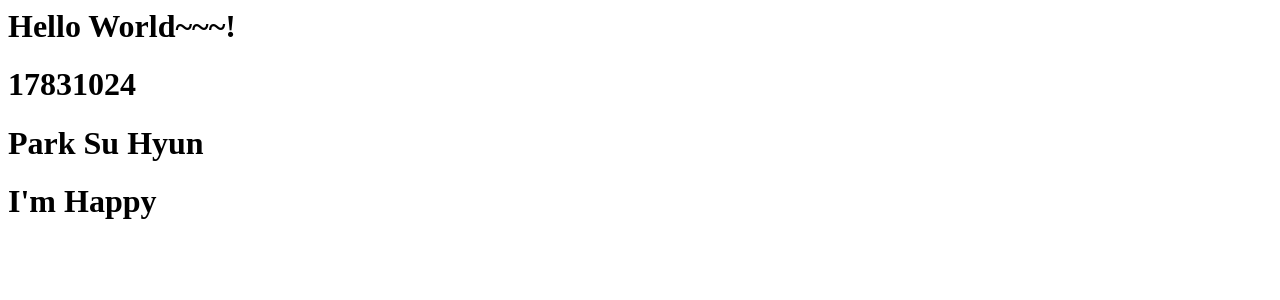
Repository: hyun5292/school
Page: http://localhost/PSH_1005/HelloWorld
The author's editor kept a copy of each file at every save. The page is drawn from the files as they stood at one save, then again after the next save.
The browser window is 1280 px wide. The pictures show the whole page.
The page is served by Tomcat 9. Other server files are loaded and not shown.

Above is the page before, as saved 2018-10-05 08:18:01.

### JSP2-2/PSH_1005/PSH_1005/src/com/jsp/ex/HelloWorld.java
package com.jsp.ex;

import java.io.IOException;
import java.io.PrintWriter;

import javax.servlet.ServletException;
import javax.servlet.annotation.WebServlet;
import javax.servlet.http.HttpServlet;
import javax.servlet.http.HttpServletRequest;
import javax.servlet.http.HttpServletResponse;

/**
 * Servlet implementation class HelloWorld
 */
@WebServlet("/HelloWorld")
public class HelloWorld extends HttpServlet {
	private static final long serialVersionUID = 1L;

    /**
     * @see HttpServlet#HttpServlet()
     */
    public HelloWorld() {
        super();
        // TODO Auto-generated constructor stub
    }

	/**
	 * @see HttpServlet#doGet(HttpServletRequest request, HttpServletResponse response)
	 */
	protected void doGet(HttpServletRequest request, HttpServletResponse response) throws ServletException, IOException {
		// TODO Auto-generated method stub
		//response.getWriter().append("Served at: ").append(request.getContextPath());
		System.out.println("doGet");
		System.out.println("17831024");
		System.out.println("박수현");

		response.setCharacterEncoding("EUC_KR");
		response.setContentType("text/html charset=euc-kr");
		PrintWriter writer = response.getWriter();

		writer.println("<html>");
		writer.println("<head>");
		writer.println("</head>");
		writer.println("<body>");
		writer.println("<h1>Hello World~~~!</h1>");
		writer.println("<h1>17831024</h1>");
		writer.println("<h1>Park Su Hyun</h1>");
		writer.println("<h1>I'm Happy</h1>");
		writer.println("</body>");
		writer.println("</html>");
		writer.close();
	}

	/**
	 * @see HttpServlet#doPost(HttpServletRequest request, HttpServletResponse response)
	 */
	protected void doPost(HttpServletRequest request, HttpServletResponse response) throws ServletException, IOException {
		// TODO Auto-generated method stub
		//doGet(request, response);
		System.out.println("doPost");
	}

}

After the next save:
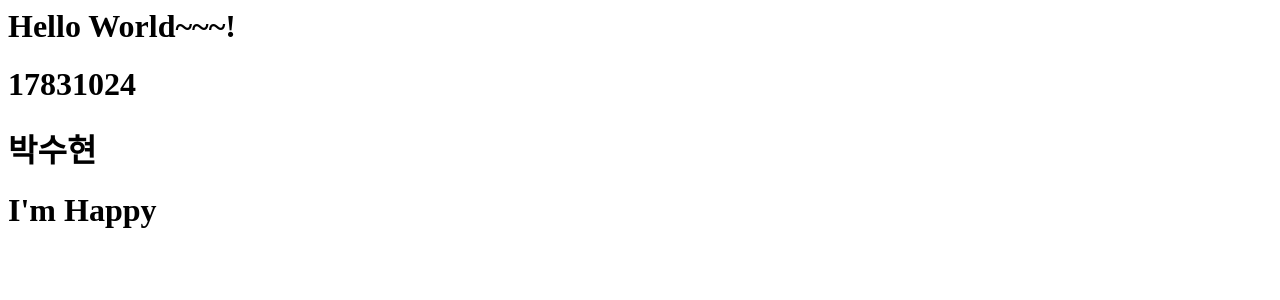
Saved 19 s later.
--- a/JSP2-2/PSH_1005/PSH_1005/src/com/jsp/ex/HelloWorld.java
+++ b/JSP2-2/PSH_1005/PSH_1005/src/com/jsp/ex/HelloWorld.java
@@ -44,7 +44,7 @@
 		writer.println("<body>");
 		writer.println("<h1>Hello World~~~!</h1>");
 		writer.println("<h1>17831024</h1>");
-		writer.println("<h1>Park Su Hyun</h1>");
+		writer.println("<h1>박수현</h1>");
 		writer.println("<h1>I'm Happy</h1>");
 		writer.println("</body>");
 		writer.println("</html>");

After the save that followed:
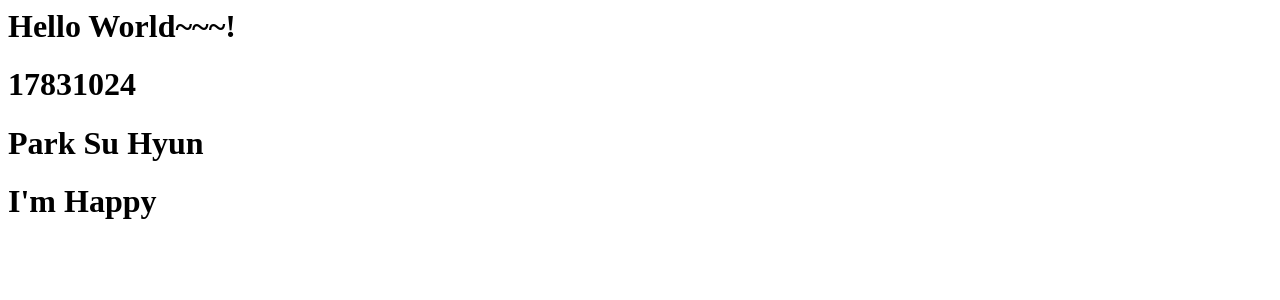
Saved 27 s later.
--- a/JSP2-2/PSH_1005/PSH_1005/src/com/jsp/ex/HelloWorld.java
+++ b/JSP2-2/PSH_1005/PSH_1005/src/com/jsp/ex/HelloWorld.java
@@ -44,7 +44,7 @@
 		writer.println("<body>");
 		writer.println("<h1>Hello World~~~!</h1>");
 		writer.println("<h1>17831024</h1>");
-		writer.println("<h1>박수현</h1>");
+		writer.println("<h1>Park Su Hyun</h1>");
 		writer.println("<h1>I'm Happy</h1>");
 		writer.println("</body>");
 		writer.println("</html>");
